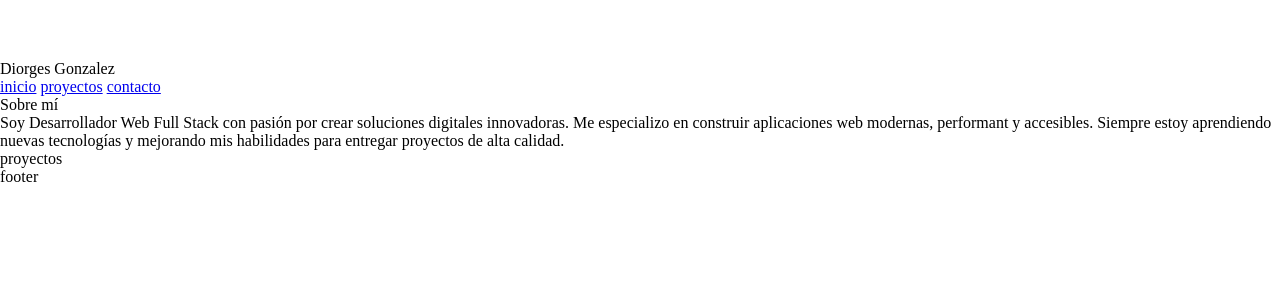
Repository: DenLion09/DenLion09.dots
Page: javascipt_withow_filter/basic/ejercisios/portfolio2/index.html
An editor plug-in stored every save of this project. The page is shown before and after the next save, followed by the edit.
The browser window is 1280 px wide. The pictures show the whole page.

Above is the page before, as saved 2026-05-17 22:59:43.

After the next save:
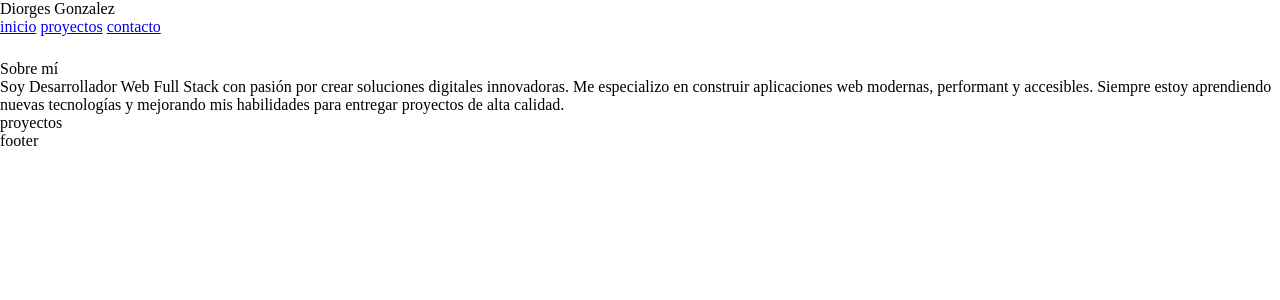
Saved 63 s later.
--- a/javascipt_withow_filter/basic/ejercisios/portfolio2/style.css
+++ b/javascipt_withow_filter/basic/ejercisios/portfolio2/style.css
@@ -7,3 +7,9 @@
 body {
   padding-top: 60px;
 }
+
+header {
+  position: fixed;
+  top: 0;
+  width: 100%;
+}
